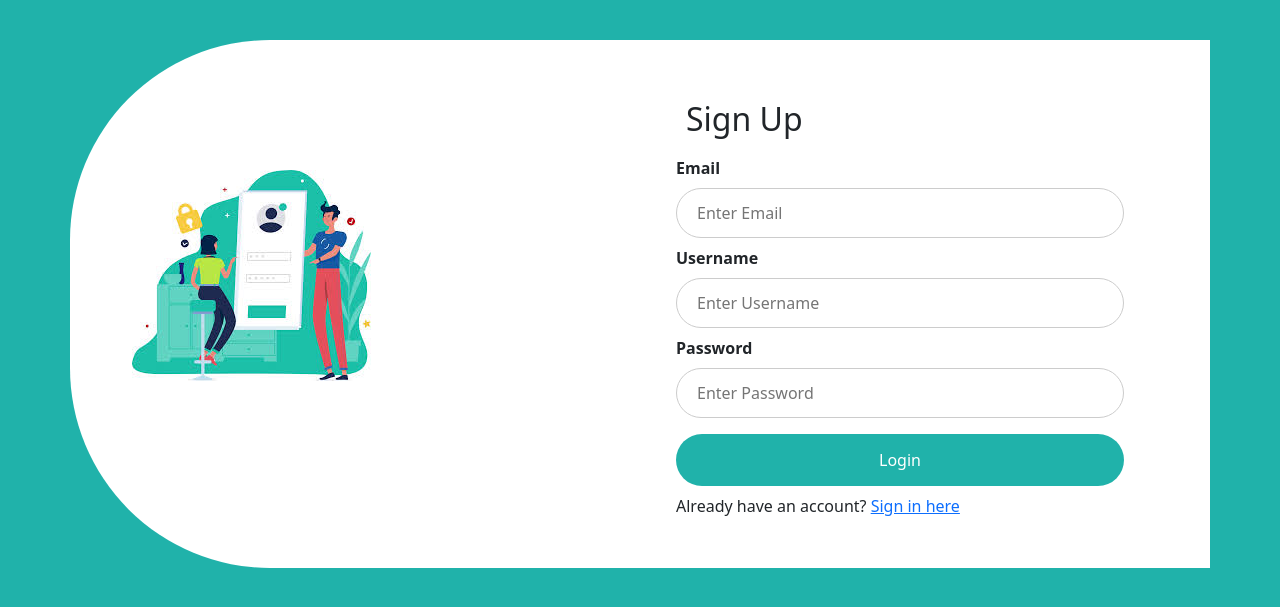
Repository: Sadia-Naveed-Shaikh/JavaScript-Website
Page: SignUp.html
An editor plug-in stored every save of this project. The page is shown before and after the next save, followed by the edit.
The browser window is 1280 px wide. The pictures show the whole page.

Above is the page before, as saved 2021-10-27 15:14:12.

After the next save:
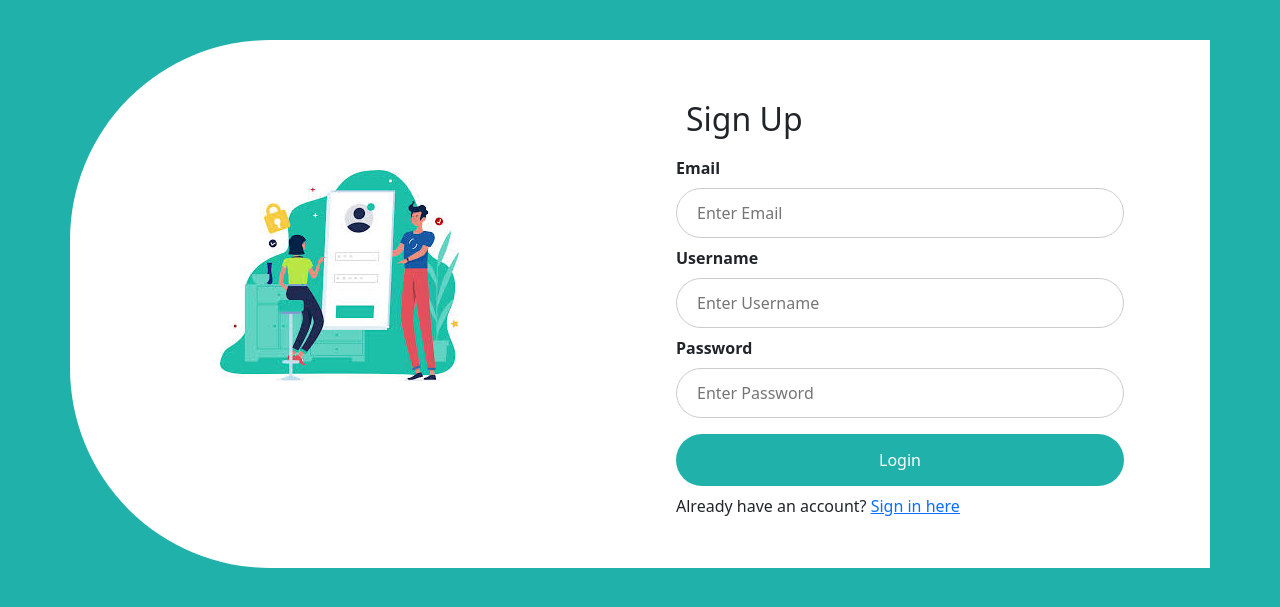
Saved 25 s later.
--- a/SignUp.html
+++ b/SignUp.html
@@ -72,7 +72,7 @@
 <body>
     <div class="container">
             <div class=row>
-                <div class="col-sm-6" style="margin-top: 80px;">
+                <div class="col-sm-6" style="margin-top: 80px; padding-left:100px ;">
                     <img src="assets/login.jpeg" alt="login_Image">
                 </div>
 

After the save that followed:
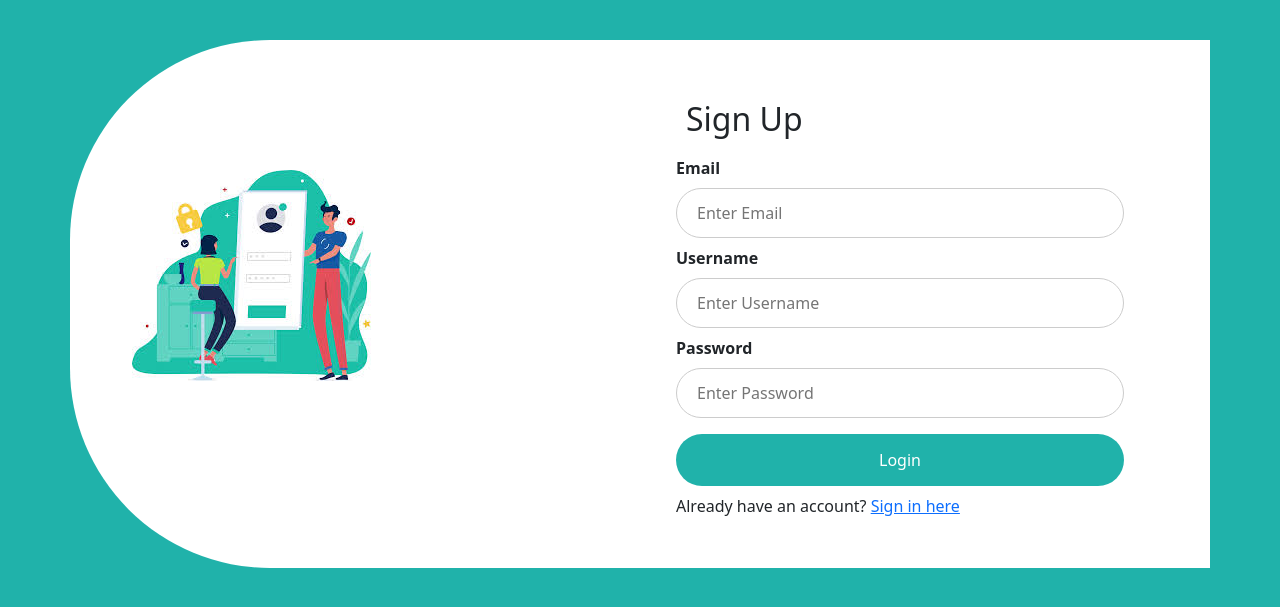
Saved 21 s later.
--- a/SignUp.html
+++ b/SignUp.html
@@ -72,7 +72,7 @@
 <body>
     <div class="container">
             <div class=row>
-                <div class="col-sm-6" style="margin-top: 80px; padding-left:100px ;">
+                <div class="col-sm-6" style="margin-top: 80px;">
                     <img src="assets/login.jpeg" alt="login_Image">
                 </div>
 
